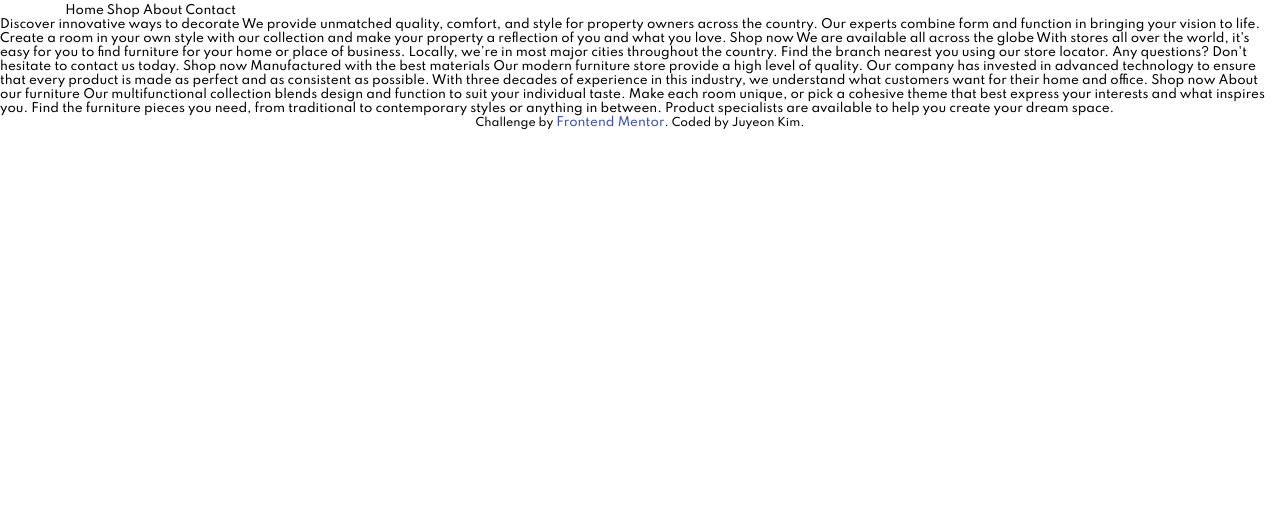
Repository: Jay-JYKim91/room-homepage-master
Page: index.html
An editor plug-in stored every save of this project. The page is shown before and after the next save, followed by the edit.
The browser window is 1280 px wide. The pictures show the whole page.

Above is the page before, as saved 2021-07-11 21:40:24.

After the next save:
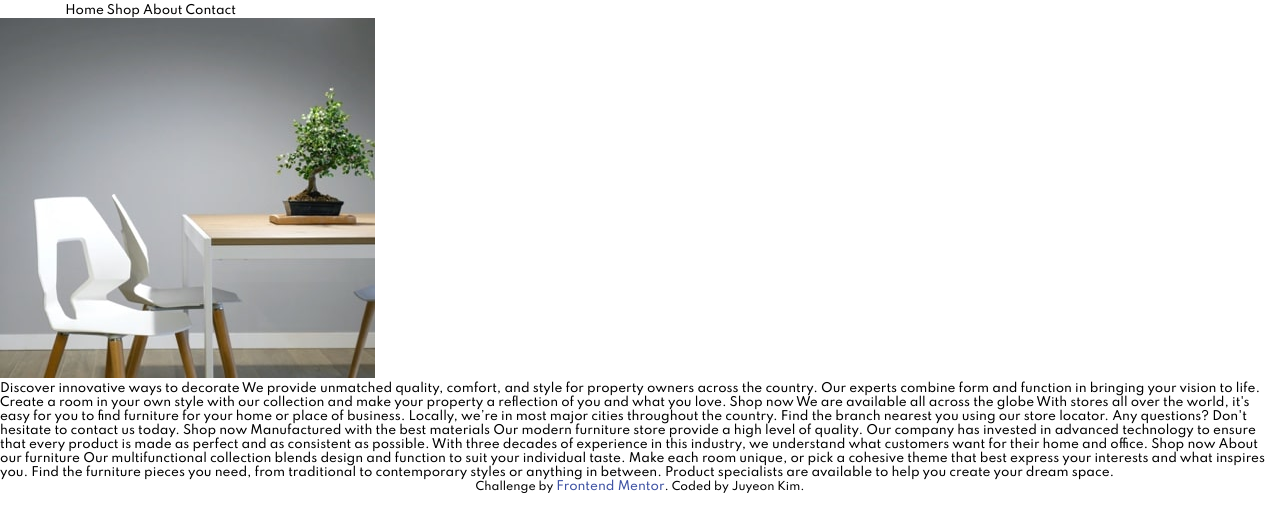
Saved 4 min 8 s later.
--- a/index.html
+++ b/index.html
@@ -19,7 +19,14 @@
     About
     Contact
   </header>
+  <body>
+    <div class="slide">
+      <img src="./images/mobile-image-hero-1.jpg" alt="hero-1">
+    </div>
+    <div class="slide"></div>
+    <div class="slide"></div>
 
+  </body>
 
   Discover innovative ways to decorate
 
